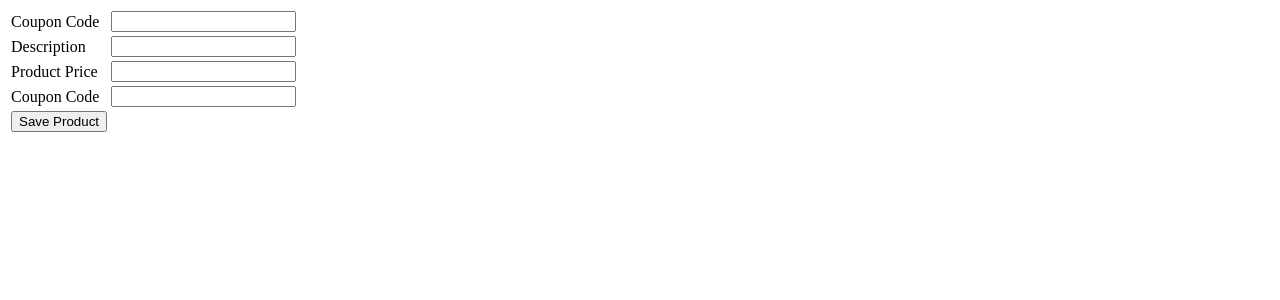
Repository: payal033/Java-Servlets-JSP
Page: http://localhost/FinalProject/createCoupon.jsp
The author's editor kept a copy of each file at every save. The page is drawn from the files as they stood at one save, then again after the next save.
The browser window is 1280 px wide. The pictures show the whole page.
The page is served by Tomcat 9.

Above is the page before, as saved 2022-05-30 17:54:04.

After the next save:
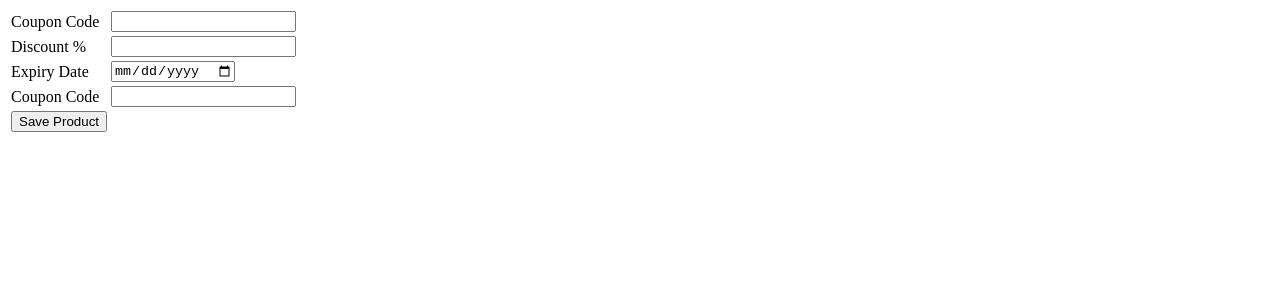
Saved 60 s later.
--- a/FinalProject/WebContent/createCoupon.jsp
+++ b/FinalProject/WebContent/createCoupon.jsp
@@ -14,12 +14,12 @@
 				<td><input type="text" name="couponCode"></td>
 			</tr>
 			<tr>
-				<td>Description</td>
-				<td><input type="text" name="description"></td>
+				<td>Discount %</td>
+				<td><input type="text" name="discount"></td>
 			</tr>
 			<tr>
-				<td>Product Price</td>
-				<td><input type="text" name="price"></td>
+				<td>Expiry Date</td>
+				<td><input type="date" name="expiryDate"></td>
 			</tr>
 			<tr>
 				<td>Coupon Code</td>
